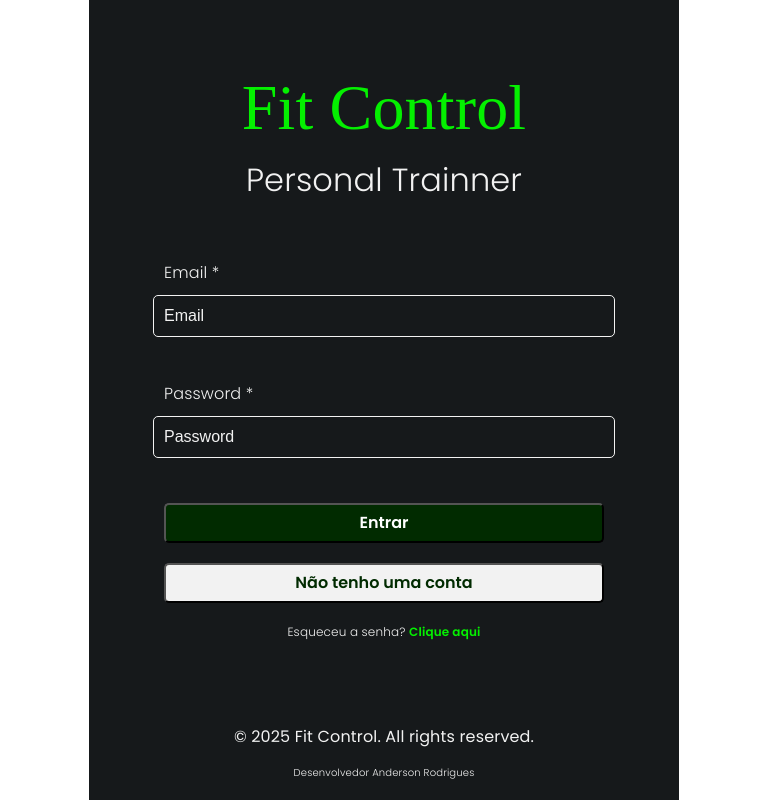
Repository: fit-control/frontend-fit-control
Page: /
These files come from the project's save history. The page is drawn as it stood at one moment and after the next save; the edit follows.
The browser window is 768 px wide. The pictures show the whole page.
Some web fonts or font styles are not loaded; a fallback is used. The project was rebuilt for these pictures with package versions that can differ from the ones it lists, and the page was loaded fresh each time. The framework's server and built-in components were replaced by stand-ins that run in the browser. Also part of the build but not shown: next.config.js, vite.config.ts.

Above is the page before, as saved 2025-01-18 23:11:56.

### src/app/layout.tsx
/* eslint-disable @next/next/no-img-element */
import "./globals.css";
import Home from "./page";
export default function RootLayout({
  // children,
}: Readonly<{
  children: React.ReactNode;
}>) {
  return (
    <html lang="en">
      <body>
          <Home />
      </body>
    </html>
  );
}

### src/app/page.tsx
import ContainerCenterLogin from "./components/containerCenterLogin";

export default function Home() {
  return (
    <div className="items-center justify-items-center min-h-screen flex">
      <ContainerCenterLogin />
    </div>
  );
}

### src/app/globals.css
@import url('https://fonts.googleapis.com/css2?family=Alike+Angular&family=Platypi:ital,wght@0,300..800;1,300..800&family=Poppins:ital,wght@0,100;0,200;0,300;0,400;0,500;0,600;0,700;0,800;0,900;1,100;1,200;1,300;1,400;1,500;1,600;1,700;1,800;1,900&display=swap');
@import url('https://fonts.googleapis.com/css2?family=Aguafina+Script&family=Alike+Angular&family=Platypi:ital,wght@0,300..800;1,300..800&family=Poppins:ital,wght@0,100;0,200;0,300;0,400;0,500;0,600;0,700;0,800;0,900;1,100;1,200;1,300;1,400;1,500;1,600;1,700;1,800;1,900&display=swap');
/* @tailwind base;
@tailwind components;
@tailwind utilities; */

/* :root {
  --background: #ffffff;
  --foreground: #171717;
}

@media (prefers-color-scheme: light) {
  :root {
    --background: #0a0a0a;
    --foreground: #ededed;
  }
} */

body {
  padding: 0;
  margin: 0;
  font-family: Poppins, sans-serif;
  font-size: 16px;
  line-height: 1.5;
  font-weight: 400;
  letter-spacing: 0.01em;
  display: flex;
  justify-content: center;
  align-items: center;

  .iconPageLeft {
    position: absolute;
    left: 0;
    bottom: 0;
    max-width: 400px;
    max-height: 400px;

    @media (max-width: 1480px) {
      max-width: 300px;
      max-height: 300px;
    }
    @media (max-width: 1280px) {
      max-width: 200px;
      max-height: 200px;
    }
    @media (max-width: 900px) {
      display: none;
    }
  }
  .iconPageRight {
    position: absolute;
    right: 0;
    bottom: 0;
    max-width: 400px;
    max-height: 400px;

    @media (max-width: 1480px) {
      max-width: 300px;
      max-height: 300px;
    }

    @media (max-width: 1280px) {
      max-width: 200px;
      max-height: 200px;
    }
    @media (max-width: 900px) {
      display: none;
    }
  }

  .containerLogin {
    min-width: 650px;
    min-height: calc(100vh - 40px);
    display: flex;
    flex-direction: column;
    justify-content: space-between;
    padding: 20px;
    align-items: center;
    background-color: #16191B;

    @media (max-width: 1080px) {
      min-width: 550px;
    }
    @media (max-width: 900px) {
      max-width: 100vw;
    }
    .divTitle {
      margin-top: 40px;
      display: flex;
      flex-direction: column;
      align-items: center;
      justify-content: center;

      h1 {
        margin: 0;
        color: #04F000;
        font-family: 'Aguafina Script', cursive;
        font-size: 4rem;
        font-weight: 400;
      }
      h3 {
        margin: 0;
        color: #F2F2F2;
        font-family: 'Poppins', sans-serif;
        font-size: 2rem;
        font-weight: 300;
      }
    }
    p {
      color: #F2F2F2;
    }
    footer {
      display: flex;
      flex-direction: column;
      align-items: center;
      justify-content: center;

      .assignDeveloper {
        margin: 0%;
        color: #F2F2F2;
        font-size: 10px;
        font-weight: 300;
      }
    }

    .centerCard {
      display: flex;
      flex-direction: column;
      align-items: center;
      justify-content: center;
      gap: 10px;
      width: -webkit-fill-available;

      input {
        width: 80%;
        height: 40px;
        border: 1px solid #F2F2F2;
        border-radius: 5px;
        padding: 0 10px;
        background-color: #16191B;
        color: #F2F2F2;
        font-size: 16px;
        font-weight: 300;
        outline: none;
        margin-bottom: 35px;
        transition: all 0.3s ease;
        &::placeholder {
          color: #F2F2F2;
          font-size: 16px;
          font-weight: 300;
        }
        &:focus {
          border-color: #04F000;
        }
      }
      label {
        color: #F2F2F2;
        font-size: 16px;
        font-weight: 300;
        display: flex;
        justify-content: flex-start;
        width: 80%;
      }
      button {
        width: 80%;
        height: 40px;
        border-radius: 5px;
        padding: 0 10px;
        background-color: #012B00;
        color: #FFFFFF;
        font-family: 'Poppins', sans-serif;
        font-size: 16px;
        font-weight: 600;
        outline: none;
        transition: all 0.3s ease;
      }
      button:hover {
        background-color: #F2F2F2;
        color: #16191B;
        cursor: pointer;
      }
      button:active {
        background-color: #04F000;
        color: #16191B;
        cursor: pointer;
        opacity: 0.5;
      }
      button:disabled {
        background-color: #F2F2F2;
        color: #16191B;
        cursor: not-allowed;
        opacity: 0.5;
      }
      button:focus {
        outline: none;
      }
      button:focus-visible {
        outline: 1px solid #F2F2F2;
      }
      .registerButton {
        background-color: #F2F2F2;
        color: #012B00;
        font-family: 'Poppins', sans-serif;
        font-size: 16px;
        font-weight: 600;
        outline: none;
        transition: all 0.3s ease;
        margin-top: 10px;

      }
      .registerButton:hover {
        background-color: #012B00;
        text-decoration: underline;
        color: #F2F2F2;
        cursor: pointer;
        transition: all 0.4s ease-in-out;
      }
      .registerLink {
        color: #04F000;
        font-weight: 600;
      }
      .forgotPassword {
        margin-top: 10px;
        font-size: 12px;
        font-weight: 300;
      }
      .registerLink {
        color: #04F000;
        font-weight: 600;
        text-decoration: none;
      }
      .registerLink:hover {
        text-decoration: underline;
      }
    }
  }
}

### src/app/components/containerCenterLogin.tsx
/* eslint-disable react/no-unescaped-entities */
/* eslint-disable @next/next/no-img-element */
const ContainerCenterLogin = () => {
  return (
    <div><img src="/trello-right.e6e102c7 (1).svg" alt="iconPageLeft" className="iconPageLeft" />
        <main className="containerLogin">
        <div className="divTitle">
          <h1 className="title">Fit Control</h1>
          <h3 className="subtitle">Personal Trainner</h3>
        </div>
        <div className="centerCard">
          <label htmlFor="email">Email *</label>
          <input type="text" placeholder="Email" />
          <label htmlFor="password">Password *</label>
          <input type="password" placeholder="Password" />
          <button>Entrar</button>
          <button className="registerButton">Não tenho uma conta</button>
          <p className="forgotPassword">Esqueceu a senha? <a href="/register" className="registerLink">Clique aqui</a></p>
        </div>
        <footer className="">
          <p className="">
            &copy; {new Date().getFullYear()} Fit Control. All rights reserved.
          </p>
          <p className="assignDeveloper">Desenvolvedor Anderson Rodrigues</p>
        </footer>
      </main>
      <img src="/trello-left.4f52d13c (1).svg" alt="iconPageRight" className="iconPageRight" />
    </div>
  );
};

export default ContainerCenterLogin;

Loaded but not shown: tailwind.config.js (common file)

After the next save:
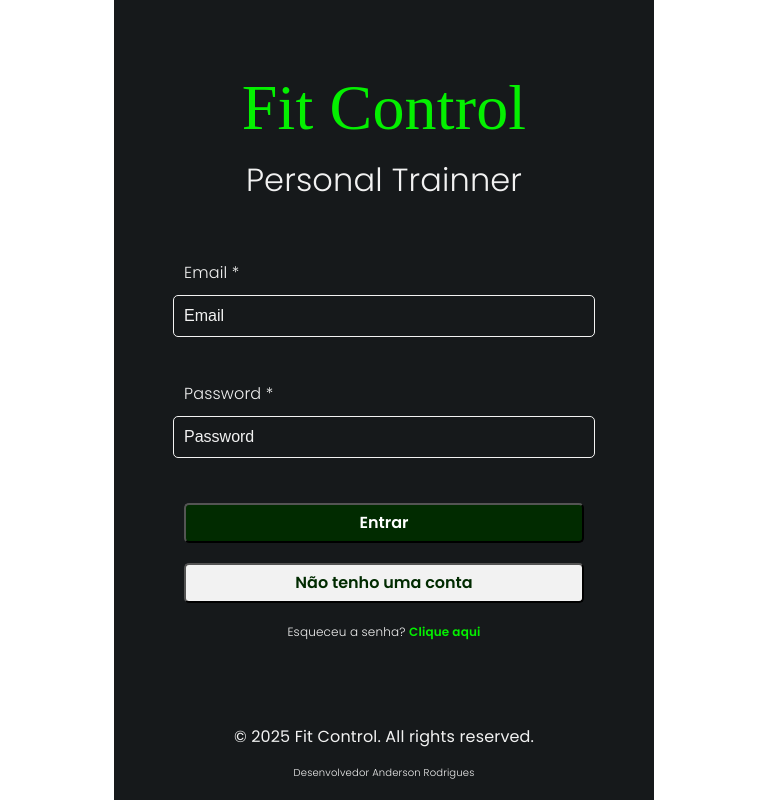
Saved 32 s later.
--- a/src/app/globals.css
+++ b/src/app/globals.css
@@ -81,6 +81,9 @@ body {
     @media (max-width: 1080px) {
       min-width: 550px;
     }
+    @media (max-width: 980px) {
+      min-width: 500px;
+    }
     @media (max-width: 900px) {
       max-width: 100vw;
     }
